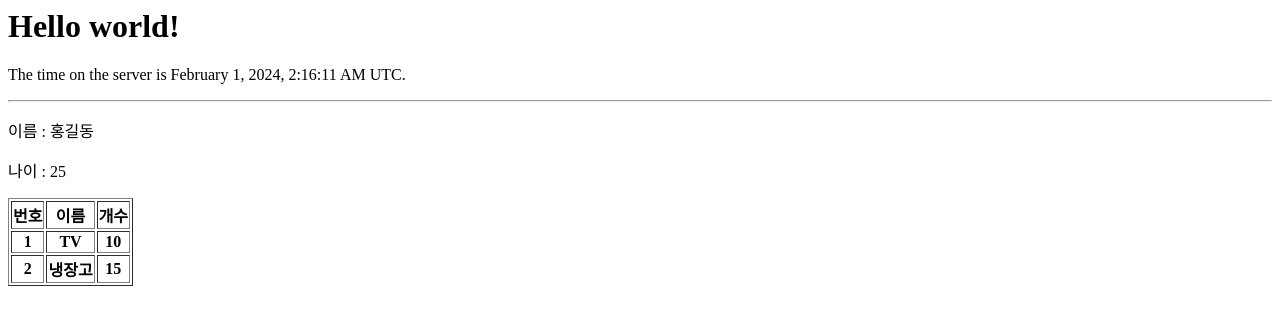
Repository: seonghun9906/sts3-Springboot
Page: http://localhost/spring-jsp02/
These files come from the project's save history. The page is drawn as it stood at one moment and after the next save; the edit follows.
The browser window is 1280 px wide. The pictures show the whole page.
The page is served by Tomcat 9. Other server files are loaded and not shown. The template is opened directly, without the code that normally fills it, so the values that code supplies are empty.

Above is the page before, as saved 2024-02-05 00:19:09.

### spring-jsp02/src/main/webapp/WEB-INF/views/home.jsp
<%@ page language="java" contentType="text/html; charset=UTF-8"
    pageEncoding="UTF-8"%>
<%@ taglib uri="http://java.sun.com/jsp/jstl/core" prefix="c" %>
<%@ page session="false" %>
<html>
<head>
	<title>Home</title>
</head>
<body>
<h1>
	Hello world!
</h1>

<P>  The time on the server is ${serverTime}. </P>
<hr>
<!-- Scriptlet / JAVA를 사용하는 부분 / 화면에 출력되지 않음 -->
<%
	String name = "홍길동";
	int age = 25;

%>
<p>이름 : <%=name%></p> <!-- 표현식 -->
<p>나이 : <%=age%></p>
<table border = "1">
	<tr>
		<th>번호</th>
		<th>이름</th>
		<th>개수</th>
	</tr>
	<tr>
		<th>1</th>
		<th>TV</th>
		<th>10</th>
	</tr>
	<tr>
		<th>2</th>
		<th>냉장고</th>
		<th>15</th>
	</tr>
</table>
</body>
</html>

After the next save:
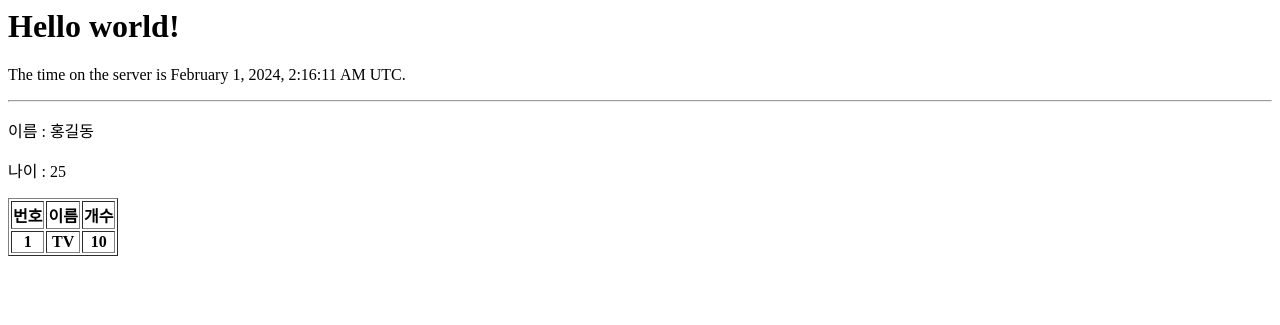
Saved 75 s later.
--- a/spring-jsp02/src/main/webapp/WEB-INF/views/home.jsp
+++ b/spring-jsp02/src/main/webapp/WEB-INF/views/home.jsp
@@ -32,11 +32,7 @@
 		<th>TV</th>
 		<th>10</th>
 	</tr>
-	<tr>
-		<th>2</th>
-		<th>냉장고</th>
-		<th>15</th>
-	</tr>
+
 </table>
 </body>
 </html>
